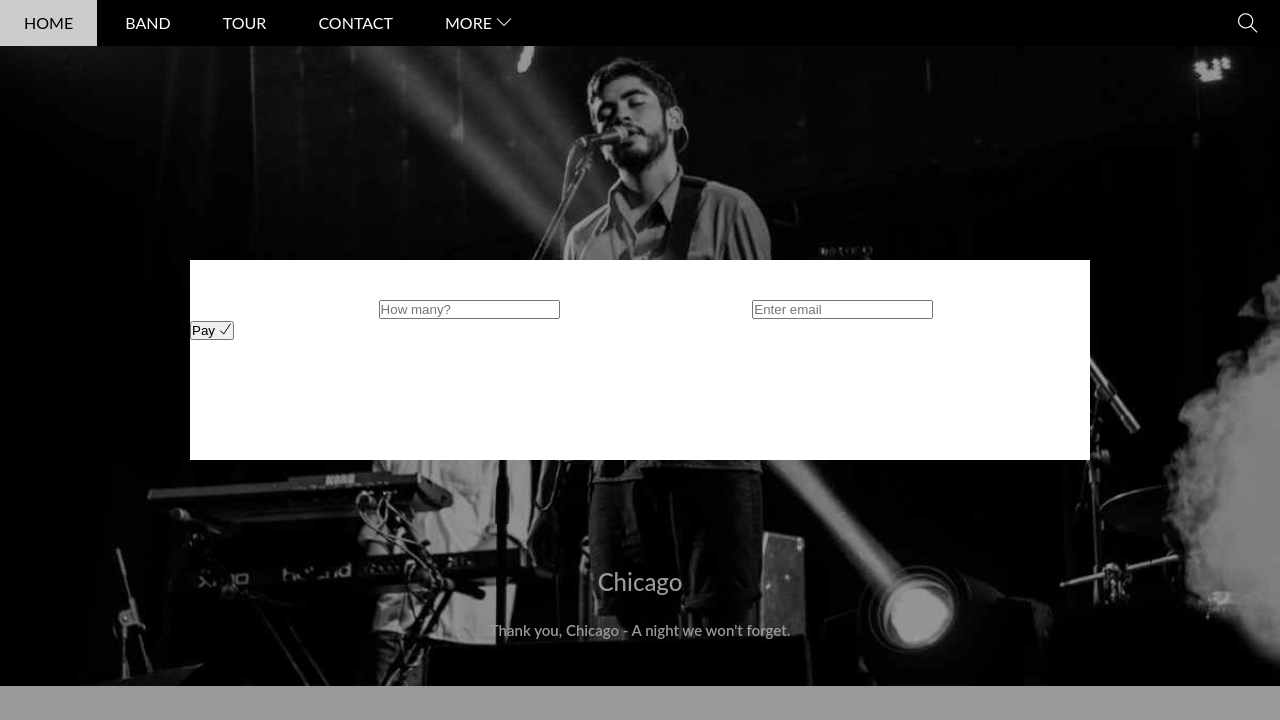
Repository: tatvanhco/web-dau-tay
Page: index.html
These files come from the project's save history. The page is drawn as it stood at one moment and after the next save; the edit follows.
The browser window is 1280 px wide. The pictures show the window.
A layer covers the whole window, so only the first screen is drawn.

Above is the page before, as saved 2022-01-24 17:29:10.

### index.html
<!DOCTYPE html>
<html lang="en">
<head>
    <meta charset="UTF-8">
    <!-- <meta http-equiv="X-UA-Compatible" content="IE=edge"> -->
    <meta name="viewport" content="width=device-width, initial-scale=1.0">
    <title>the band</title>
    <link rel="shortcut icon" href="./assets/img/band/logo.png" type="image/x-icon">
    <link rel="stylesheet" href="./assets/fronts/themify-icons/themify-icons.css">
    <link rel="stylesheet" href="./assets/css/style.css">
    <link rel="stylesheet" href="./assets/css/responsive.css">
</head>
<body>
    <div id="main">
        <div id="header">
            <ul id="nav">
                <li><a href="#">home</a></li>
                <li><a href="#band">band</a></li>
                <li><a href="#tour">tour</a></li>
                <li><a href="#contact">contact</a></li>
                <li>
                    <a href="#">more
                        <i class="drop-down ti-angle-down"></i>
                    </a>
                    <div class="subnav">
                        <ul>
                            <li><a href="#">Merchandise</a></li>
                            <li><a href="#">Extras</a></li>
                            <li><a href="#">Media</a></li>
                        </ul>
                    </div>
                </li>
            </ul>
            <div class="search-btn">
                <i class="search-icon ti-search"></i>
            </div>
        </div>
        <div id="slide">
            <div class="text-content">
                <h2 class="text-heading">Chicago</h2>
                <div class="text-desc">Thank you, Chicago - A night we won't forget.</div>
            </div>
        </div>
        <div id="content">
            <div id="band" class="content-section">
                <h2 class="section-heading">THE BAND</h2>
                <p class="section-sub-heading">We love music</p>
                <p class="about">
                    We have created a fictional band website. Lorem ipsum dolor sit amet, consectetur adipiscing elit, sed do eiusmod tempor incididunt ut labore et dolore magna aliqua. Ut enim ad minim veniam, quis nostrud exercitation ullamco laboris nisi ut aliquip ex ea commodo consequat. Duis aute irure dolor in reprehenderit in voluptate velit esse cillum dolore eu fugiat nulla pariatur. Excepteur sint occaecat cupidatat non proident, sunt in culpa qui officia deserunt mollit anim id est laborum consectetur adipiscing elit, sed do eiusmod tempor incididunt ut labore et dolore magna aliqua. Ut enim ad minim veniam, quis nostrud exercitation ullamco laboris nisi ut aliquip ex ea commodo consequat.
                </p>
                <div class="row team">
                    <div class="col col-3 text-center">
                        <p class="team-name">Name</p>
                        <img src="./assets/img/band/member.jpg" class="team-img">
                    </div>

                    <div class="col col-3 text-center">
                        <p class="team-name">Name</p>
                        <img src="./assets/img/band/member.jpg" class="team-img">
                    </div>

                    <div class="col col-3 text-center">
                        <p class="team-name">Name</p>
                        <img src="./assets/img/band/member.jpg" class="team-img">
                    </div>
                </div>
            </div>

            <div id="tour" class="tour-section">
                <div class="content-section">
                    <h2 class="text-white section-heading">TOUR DATES</h2>
                    <p class="text-white section-sub-heading">Remember to book your tickets!</p>
                    <ul class="ticket-list">
                        <li>September<span class="soldout">Sold out</span></li>
                        <li>October<span class="soldout">Sold out</span></li>
                        <li>November<span class="quatity">3</span></li>
                    </ul>
                    <div class="row place-list">
                        <div class="col col-3">
                            <img src="./assets/img/places/place1.jpg" class="place-img">
                            <div class="place-body">
                                <h3 class="place-heading">New York</h3>
                                <p class="place-time">Fri 27 Nov 2016</p>
                                <p class="place-desc">Praesent tincidunt sed tellus ut rutrum sed vitae justo.</p>
                                <a href="#" class="btn">Buy Tickets</a>
                            </div>
                        </div>
                        <div class="col col-3">
                            <img src="./assets/img/places/place2.jpg" class="place-img">
                            <div class="place-body">
                                <h3 class="place-heading">Paris</h3>
                                <p class="place-time">Sat 28 Nov 2016</p>
                                <p class="place-desc">Praesent tincidunt sed tellus ut rutrum sed vitae justo.</p>
                                <a href="#" class="btn">Buy Tickets</a>
                            </div>
                        </div>
                        <div class="col col-3">
                            <img src="./assets/img/places/place3.jpg" class="place-img">
                            <div class="place-body">
                                <h3 class="place-heading">San Francisco</h3>
                                <p class="place-time">Sun 29 Nov 2016</p>
                                <p class="place-desc">Praesent tincidunt sed tellus ut rutrum sed vitae justo.</p>
                                <a href="#" class="btn">Buy Tickets</a>
                            </div>
                        </div>
                    </div>
                </div>
            </div>

            <div id="contact" class="content-section">
                <h2 class="section-heading">CONTACT</h2>
                <p class="section-sub-heading">Fan? Drop a note!</p>
                <div class="row contact-content">
                    <div class="col col-2 contact-info">
                        <p><i class="ti-location-pin"></i>Chicago, US</p>
                        <p><i class="ti-mobile"></i>Phone: +00 151515</p>
                        <p><i class="ti-email"></i>Email: mail@mail.com</p>
                    </div>
                    <div class="col col-2 contact-form">
                        <form action="">
                            <div class="row">
                                <div class="col col-2">
                                    <input type="text" placeholder="Name" required class="form-control">
                                </div>
                                <div class="col col-2">
                                    <input type="email" placeholder="Email" required class="form-control">
                                </div>
                            </div>
                            <div class="row mt-8">
                                <div class="col col-full">
                                    <input type="text" placeholder="Message" required class="form-control">
                                </div>
                            </div>
                            <input class="btn pull-right mt-16" type="submit" value="SEND">
                        </form>
                    </div>
                </div>
            </div>

            <div class="map-section">
                <img src="./assets/img/places/map.jpg" alt="map">
            </div>
        </div>

        <div id="footer">
            <div class="end-list">
                <a href=""><i class="ti-facebook"></i></a>
                <a href=""><i class="ti-instagram"></i></a>
                <a href=""><i class="ti-github"></i></a>
                <a href=""><i class="ti-pinterest"></i></a>
                <a href=""><i class="ti-twitter-alt"></i></a>
                <a href=""><i class="ti-linkedin"></i></a>
            </div>
            <p class="copy-right">Powered by <a href="https://www.w3schools.com/w3css/default.asp">W3.css</a></p>
        </div>
    </div>

    <div class="modal">
        <div class="modal-container">
            <header class="modal-header">
                <i class="ti-bag"></i>
                Tickets
            </header>
            <div class="close-btn">
                <i class="ti-close"></i>
            </div>
            <div class="modal-body">
                <label for="" class="modal-label">
                    <i class="ti-shopping-cart"></i>
                    Tickets, $15 per person
                </label>
                <input type="text" placeholder="How many?" class="modal-input">

                <label for="" class="modal-label">
                    <i class="ti-user"></i>
                    Tickets, $15 per person
                </label>
                <input type="email" placeholder="Enter email" class="modal-input">
            </div>

            <button class="buy-titkets">
                Pay <i class="ti-check"></i>
            </button>
        </div>
    </div>
</body>
</html>

### assets/css/style.css
/* reset trang */
* {
    margin: 0;
    padding: 0;
    box-sizing: border-box;
}

html {
    scroll-behavior: smooth;
    font-family: "Lato", sans-serif;
}
/* dùng chung */
.clear {
    clear: both;
}

.text-white {
    color: #fff !important;
}

.text-center {
    text-align: center;
}

.pull-right {
    float: right !important;
}

.btn {
    color: #fff;
    background-color: #000;
    text-decoration: none;
    padding: 12px 16px;
    margin-top: 15px;
    display: inline-block;
    border: none;
}

.btn:hover {
    color: #000;
    background-color: #ccc;
    cursor: pointer;
}


.row {
    margin-left: -8px;
    margin-right: -8px;
}

.row::after {
    content: "";
    display: block;
    clear: both;
}

.col {
    float: left;
    padding-left: 8px;
    padding-right: 8px;
}

.col-3 {
    width: 33.33333%;
}

.col-2 {
    width: 50%;
}

.col-full {
    width: 100%;
}

.mt-8 {
    margin-top: 8px !important;
}

.mt-16 {
    margin-top: 16px !important;
}
/* css từng thành phần */
#header {
    width: 100%;
    height: 46px;
    background-color: #000;
    position: fixed;
    top: 0;
    left: 0;
    right: 0;
    z-index: 1;
}
#nav {
    display: inline-block;
}

#nav > li {
    display: inline-block;
}

#nav li {
    position: relative;
    list-style-type: none;
}

#nav > li > a {
    color: #fff;
    text-transform: uppercase;
}

#nav li a {
    text-decoration: none;
    padding: 0 24px;
    line-height: 46px;
    display: block;

}

#nav li:hover .subnav {
    display: block;
}

#nav .subnav li:hover a,
#nav > li:hover > a {
    background-color: #ccc;
    color: #000;
}

#nav .subnav {
    display: none;
    min-width: 160px;
    position: absolute;
    top: 100%;
    left: 0;
    background-color: #fff;
    box-shadow: 0 0 10px rgba(0, 0, 0, 0.3);
}

#nav .subnav a {
    color: #000;
    padding: 0px 24px;
    line-height: 38px;
}

#header .search-btn {
    float: right;
    padding: 0 22px;
    cursor: pointer;
}

#header .search-btn:hover {
    background-color: #f44336;
}

#header .search-icon {
    color: #fff;
    font-size: 20px;
    line-height: 46px;
}

#slide {
    position: relative;
    margin-top: 46px;
    padding-top: 50%;
    background: url(/assets/img/slider/chicago.jpg) top center / cover no-repeat;
}

#slide .text-content {
    color: #fff;
    position: absolute;
    bottom: 47px;
    /* cách canh giữa
    left: 50%;
    transform: translateX(-50%); */
    width: 100%;
    text-align: center;
}

#slide .text-heading {
    font-weight: 500;
    font-size: 24px;
}

#slide .text-desc {
    font-weight: 600;
    margin-top: 25px;
    font-size: 15px;
}

#content {

}

#content .content-section {
    max-width: 800px;
    margin-left: auto;
    margin-right: auto;
    padding: 64px 0 112px;
}

#content .section-heading,
#content .section-sub-heading {
    text-align: center;
    margin: 25px 0;
}

#content .section-heading {
    font-size: 30px;
    font-weight: 500;
    letter-spacing: 4px;
}

#content .section-sub-heading {
    font-size: 15px;
    opacity: 0.5;
    font-style: italic;
}

#content .about {
    text-align: justify;
    line-height: 1.5;
}

#content .team {
    margin-top: 48px;
}

#content .team-name {
    margin: 15px 0;
}

#content .team-img {
    width: 60%;
    border-radius: 4px;
    text-align: center;
}

.tour-section {
    background-color: #000;
}

.ticket-list {
    background-color: #fff;
}

.ticket-list li {
    color: #757575;
    list-style-type: none;
    font-size: 15px;
    border: 1px solid #ddd;
    padding: 11px 16px;
}

.ticket-list .soldout {
    color: #fff;
    margin-left: 12px;
    padding: 5px 7px;
    background-color: #f44336;
}

.ticket-list .quatity {
    float: right;
    width: 24px;
    height: 24px;
    border-radius: 50%;
    background-color: #000;
    color: #fff;
    text-align: center;
    line-height: 24px;
    margin-top: -2px;
}

.place-list {
    /* margin: 32px 48px; */
    margin-top: 32px;
    /* margin-bottom: 48px; */
}

.place-img {
    width: 100%;
    display: block;
}

.place-img:hover {
    opacity: 0.6;
}

.place-body {
    background-color: #fff;
    padding: 16px;
    font-size: 15px;
}

.place-heading {
    font-size: 15px;
    font-weight: 600;
}

.place-time {
    color: #757575;
    margin-top: 15px;
}

.place-desc {
    margin-top: 15px;
}

/* contact-form */
.contact-content {
    margin-top: 48px;

}

.contact-info {
    font-size: 18px;
    line-height: 1.5;
}

.contact-info i[class*="ti-"] {
    width: 30px;
    display: inline-block;
}

.contact-form {
    font-size: 15px;
}

.contact-form .form-control {
    padding: 10px;
    border: 1px solid #ccc;
    width: 100%;
}

.map-section img {
    width: 100%;
    filter: grayscale(50%);
}

#footer {
    padding: 64px 16px;
    text-align: center;
}

#footer .end-list {
    font-size: 24px;
}

#footer .end-list a {
    text-decoration: none;
    color: rgba(0, 0, 0, 0.6);
}

#footer .end-list a:hover {
    color: rgba(0, 0, 0, 0.8);
}

#footer .copy-right {
    font-size: 15px;
    margin: 20px;
    color: rgba(0, 0, 0, 0.6);
}

#footer .copy-right a {
    color: rgba(0, 0, 0, 0.6);
}

.modal {
    position: fixed;
    top: 0;
    bottom: 0;
    left: 0;
    right: 0;
    background-color: rgba(0, 0, 0, 0.4);
    display: flex;
    align-items: center;
    justify-content: center;
}

.modal-container {
    color: #fff;
    background-color: #fff;
    width: 900px;
    min-height: 200px;
}

Loaded but not shown: assets/fronts/themify-icons/themify-icons.css (common file); assets/css/responsive.css (no copy from this time; the picture is the same without it)

After the next save:
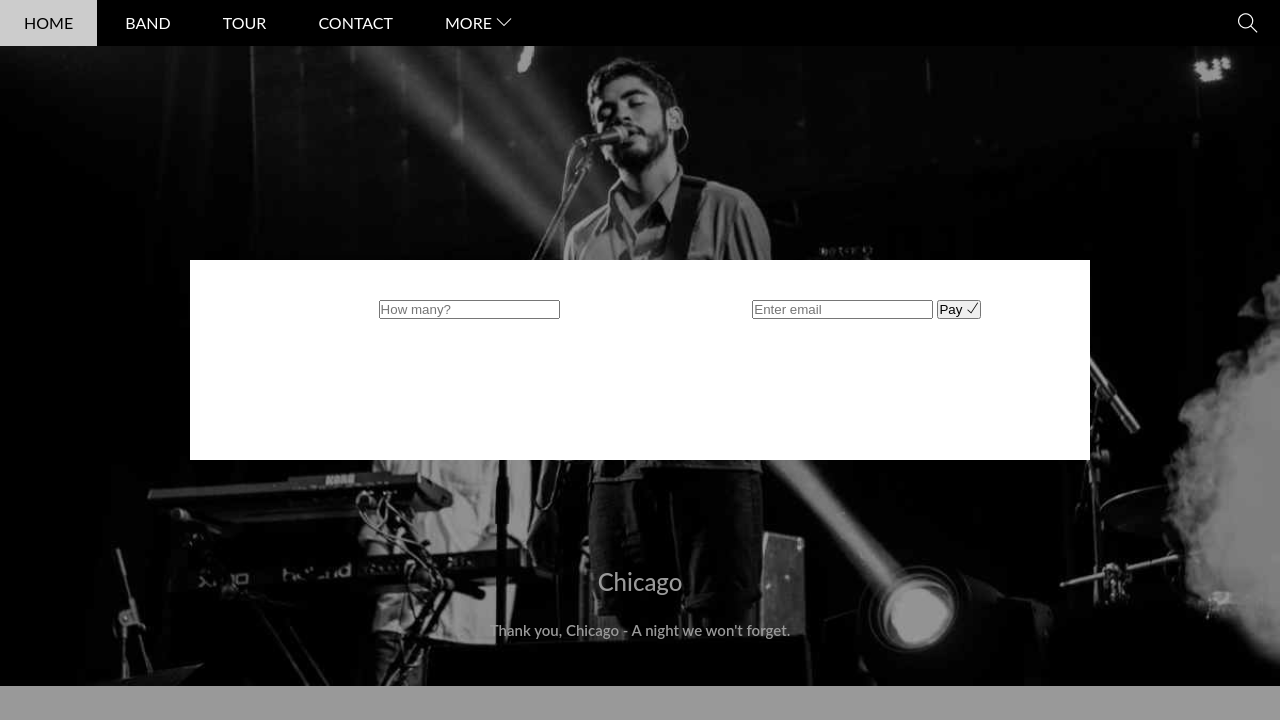
Saved 95 s later.
--- a/index.html
+++ b/index.html
@@ -176,11 +176,14 @@
                     Tickets, $15 per person
                 </label>
                 <input type="email" placeholder="Enter email" class="modal-input">
+
+                <button class="buy-titkets">
+                    Pay <i class="ti-check"></i>
+                </button>
             </div>
+            <footer class="modal-footer">
 
-            <button class="buy-titkets">
-                Pay <i class="ti-check"></i>
-            </button>
+            </footer>
         </div>
     </div>
 </body>
